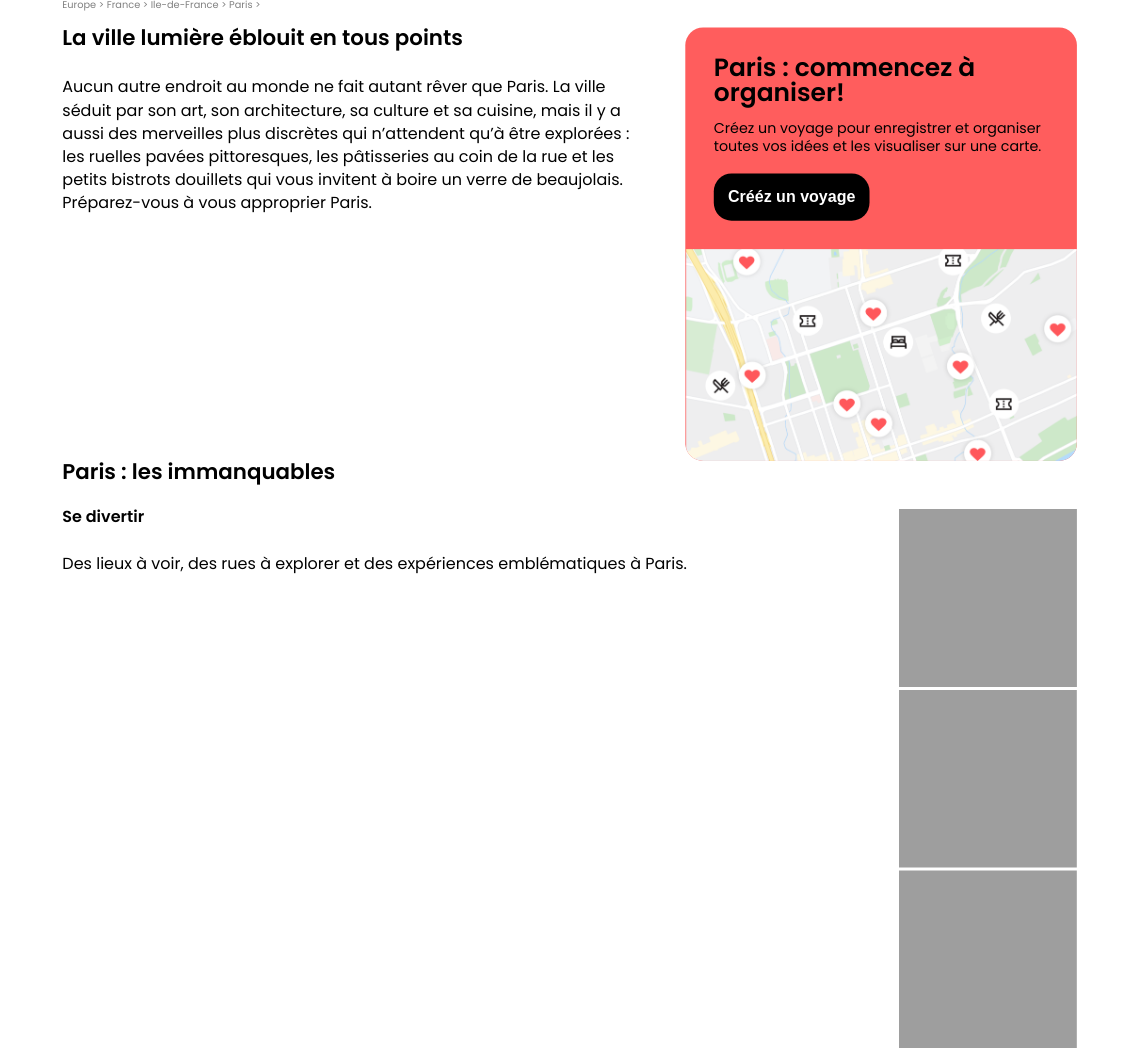
Repository: mel-in-a/tripadvisor-clone
Page: index.html
An editor plug-in stored every save of this project. The page is shown before and after a run of saves, followed by the edit.
The browser window is 1280 px wide. The pictures show the part of the page from y = 928 to 2109 px (the page is 2109 px tall before and 1703 px after), at 89% of full size.
Pictures or frames that could not be fetched are drawn as grey boxes. A picture or video elsewhere on the page could not be fetched, so the positions and the page height are approximate. Some web libraries are served in a nearby version.

Above is the page before, as saved 2021-07-14 17:58:34.

### index.html
<!DOCTYPE html>
<html lang="fr">

<head>
    <meta charset="UTF-8">
    <meta http-equiv="X-UA-Compatible" content="IE=edge">
    <meta name="viewport" content="width=device-width, initial-scale=1.0">
    <link rel="stylesheet" href="https://pro.fontawesome.com/releases/v5.10.0/css/all.css"
        integrity="sha384-AYmEC3Yw5cVb3ZcuHtOA93w35dYTsvhLPVnYs9eStHfGJvOvKxVfELGroGkvsg+p" crossorigin="anonymous" />
    <link rel="preconnect" href="https://fonts.googleapis.com">
    <link rel="preconnect" href="https://fonts.gstatic.com" crossorigin>
    <link href="https://fonts.googleapis.com/css2?family=Poppins:wght@200;400;600;900&display=swap" rel="stylesheet">
    <link rel="stylesheet" href="/assets/css/reset.css">
    <link rel="stylesheet" href="/assets/css/style.css">
    <title>TripAdvisor</title>
</head>

<body>
    <div class="wrapper">
        <header>
            <!-- logo -->
            <a href="#">
                <img src="/assets/img/Tripadvisor_lockup_horizontal_secondary_registered.svg" alt="Logo TripAdvisor"
                    height="40px" />
            </a>
            <!-- champs de saisie -->
            <input type="search" name="recherche" id="search" placeholder="">
            <!-- menu -->
            <nav>
                <ul class="topnav">
                    <li class="listitem"><i class="far fa-pen"></i> Avis</li>
                    <li class="listitem"><i class="far fa-heart"></i> Voyages</li>
                    <li class="listitem"><i class="far fa-bell"></i> Alertes</li>
                    <li class="listitem-last">Connectez-vous</li>
                </ul>
            </nav>
            <!-- bouton connectez-vous -->



        </header>


        <main>
            <h1><span class="text-pink">Explorez</span> Paris</h1>

            <div class="top-categories">

                <div class="mini-card">
                    <div class="text">Hôtels</div>
                    <div class="icon"> <i class="far fa-home"></i> </div>
                </div>
                <div class="mini-card">
                    <div class="text">Locations de vacances</div>
                    <div class="icon"> <i class="far fa-home"></i> </div>
                </div>
                <div class="mini-card">
                    <div class="text">Activités</div>
                    <div class="icon"> <i class="far fa-home"></i> </div>
                </div>
                <div class="mini-card">
                    <div class="text">Restaurants</div>
                    <div class="icon"> <i class="far fa-home"></i> </div>
                </div>
                <div class="mini-card">
                    <div class="text">Forums de voyage</div>
                    <div class="icon"> <i class="far fa-home"></i> </div>
                </div>
                <div class="mini-card">
                    <div class="text">Plus</div>
                    <div class="icon"> <i class="fas fa-ellipsis-h"></i> </div>

                    <div class="sub">

                        <div class="submenu">
                            <ul>
                                <li>Ajouter un lieu</li>
                                <li>Croisières</li>
                                <li>Forfait touristique</li>
                                <li>Voitures de location</li>
                                <li>Vols</li>
                            </ul>
                        </div>
                    </div>
                </div>
            </div>


            <div class="top-gallery">
                <div class="gauche"><img src="/assets/img/caption.jpg" alt=""></div>
                <div class="droit-haut"> <img src="/assets/img/caption--EAiM9S.jpg" alt=""></div>
                <div class="droit-bas"> <img src="/assets/img/caption--7qB24C.jpg" alt=""></div>
            </div>

            <div>
                <ul class="breadcrumb">
                    <li> <a href="#">Europe</a> </li>
                    <li><a href="#">France</a></li>
                    <li><a href="#">Ile-de-France</a></li>
                    <li><a href="#">Paris</a></li>
                </ul>
            </div>







            <div class="bloc-presentation">

                <div class="presentation">
                    <h2>La ville lumière éblouit en tous points</h2>
                    <p>Aucun autre endroit au monde ne fait autant rêver que Paris. La ville séduit par son art, son
                        architecture, sa culture et sa cuisine, mais il y a aussi des merveilles plus discrètes qui
                        n’attendent qu’à être explorées : les ruelles pavées pittoresques, les pâtisseries au coin de la
                        rue et les petits bistrots douillets qui vous invitent à boire un verre de beaujolais.
                        Préparez-vous à vous approprier Paris.</p>
                </div>


                <div class="carte">
                    <div class="header">Paris : commencez à organiser!</div>
                    <div class="text">
                        <p>Créez un voyage pour enregistrer et organiser toutes vos idées et les visualiser sur une
                            carte.</p>
                    </div>
                    <button>Crééz un voyage</button>
                    <img src="/assets/img/image_trips_card_medium.png" alt="">
                </div>
            </div>


            <h2>Paris : les immanquables</h2>

            <section class="immanquables">

                <div class="presentation">
                    <h3>Se divertir</h3>
                    <p>Des lieux à voir, des rues à explorer et des expériences emblématiques à Paris.</p>
                </div>
                <div class="carousel">
                    <div class="items">
                        <div class="image">
                            <img src="/assets/img/grande-epicerie-du-bon.jpg" alt="">
                        </div>
                        <div class="description"></div>
                    </div>
                    <div class="items">
                        <div class="image">
                            <img src="/assets/img/grande-epicerie-du-bon.jpg" alt="">
                        </div>
                        <div class="description"></div>
                    </div>
                    <div class="items">
                        <div class="image">
                            <img src="/assets/img/grande-epicerie-du-bon.jpg" alt="">
                        </div>
                        <div class="description"></div>
                    </div>

                </div>

            </section>


        </main>
    </div>
    <!-- end wrapper -->



    <footer></footer>

</body>

</html>

### assets/css/style.css
h1 {
    font-size: 50px;
    font-weight: 600;
    margin-bottom: 30px;
}

h2 {
    font-size: 24px;
    font-weight: 600;
    margin-bottom: 30px;
}

h3 {
    font-size: 18px;
    font-weight: 600;
    margin-bottom: 30px;
}

p {
    line-height: 20px;
    margin-bottom: 20px;
}

body {
    font-family: 'Poppins', sans-serif;
}

.wrapper {
    width: 1140px;
    /* background-color: rgb(236, 236, 236); */
    margin: 0 auto;
}

#search {
    border-radius: 10px;
    width: 300px;
    border-color: rgb(202, 202, 202);
    height: 40px;
    padding: 10px;
    margin-right: 100px;
}

header {
    padding: 10px;
    display: flex;
    gap: 20px;
    height: 50px;
    align-items: center;
    /* background: rgb(255, 189, 189); */
    margin-bottom: 40px;

    background: rgb(255, 255, 255);
    width:100%;
}

/* nav {
    align-items: flex-end;
} */

.topnav {
    display: flex;
    gap: 20px;
    align-items: flex-end;
}

.topnav .listitem {

    font-size: 14px;
    padding: 12px;
    border-radius: 50px;
    font-weight: 600;
    transition: 0.2s;
}

.topnav .listitem:hover {
    background-color: rgb(228, 228, 228);
    display: block;
}

.listitem-last {
    font-size: 14px;
    padding: 12px;
    border-radius: 50px;
    font-weight: 600;
    background: black;
    color: white;
}

.listitem-last:hover {
    background: rgb(54, 54, 54);
}




h1 .text-pink {
    color: #FF5D5D;
}

/* top-categories > mini-card > left et right */

.top-categories {
    display: flex;
    margin: 20px 0;
    padding: 1rem;
    gap: 10px;
    font-size: 14px;
    justify-content: space-between;
    flex-wrap: wrap;
    position: sticky;
    top: 0;
    background: white;
    font-weight: 600;

}

.mini-card {
    display: flex;
    flex: 1;
    border: 1px solid black;
    height: 2.2rem;
    border-radius: 12px;
    padding: 12px;
    transition: 0.2s;

}

.mini-card:hover {
    background-color: black;
    color: white;


}

.mini-card .text {
    width: 80%;
    padding-right: 5px;
}

.mini-card .icon {
    font-weight: bold;
}


.submenu {
    width: 8rem;
    margin-top: 50px;
    position: absolute;
    /* background: gray; */
    z-index: 1000;
    padding: 10px;
    border: gray 1px solid;
    border-radius: 10px;
    display: none;

}

.submenu li {
    padding: 5px;

}

.mini-card .sub:active {
    display: block;
}


.top-gallery {

    display: grid;
    grid-template-columns: 1.3fr 0.7fr;
    grid-template-rows: 1fr 1fr;
    gap: 0px 0px;
    grid-template-areas:
        "gauche droit-haut"
        "gauche droit-bas";


}

.top-gallery img {
    object-fit: cover;
    width: 100%;
    height: 100%;

}

.gauche {
    grid-area: gauche;
}

.droit-haut {
    grid-area: droit-haut;
}

.droit-bas {
    grid-area: droit-bas;
}


.breadcrumb {
    margin: 20px auto 20px 0;
    font-size: 11px;
    color: grey;

}

.breadcrumb li {
    display: inline;

}

.breadcrumb li::after {
    content: " >";
}

.breadcrumb a {
    text-decoration: none;
    color: grey;
}

.breadcrumb a:hover {
    text-decoration: underline;
}

.super-bloc {
    display: block;
}

.bloc-presentation {
    display: flex;
    width: 100%;
    gap: 10px;
    height: auto;
}

.presentation {
    /* width: 60%; */
    flex: 3;
    padding-right: 30px;
}

.presentation p {
    font-size: 18px;
    line-height: 26px
}

.carte {
    /* display: flex; */
    /* flex-direction: column; */
    flex: 2;
    /* width: 40%; */
    /* height: 300px; */
    background-color: #FF5D5D;
    border-radius: 20px;
    box-sizing: border-box;


}

.carte .header {
    padding-top: 2rem;
    padding-left: 2rem;
    font-size: 28px;
    font-weight: 600;

}

.carte .text {

    padding-top: 1rem;
    padding-left: 2rem;
}

.carte button {
    padding: 16px;
    background-color: black;
    color: white;
    font-weight: 600;
    border-radius: 20px;
    font-size: 18px;
    border-style: none;
    margin: 0 2rem 2rem;
    transition: 0.2s;

}

.carte button:hover {
    background: rgb(54, 54, 54);
}

.carte img {
    width: 100%;
    -webkit-border-bottom-right-radius: 20px;
    -webkit-border-bottom-left-radius: 20px;
    -moz-border-radius-bottomright: 20px;
    -moz-border-radius-bottomleft: 20px;
    border-bottom-right-radius: 20px;
    border-bottom-left-radius: 20px;
    display: block;
}


/* immanquables carousel */

.immanquables {
    display: flex;

}

.immanquables .presentation {
    flex:2;

}



.immanquables .carousel {
    dispo
    flex: 5;
    flex-direction: row;
}

.carousel .items .image img {
    width: 200px;
    height: 200px;

}

Loaded but not shown: assets/css/reset.css (common file)

After the next 2 saves:
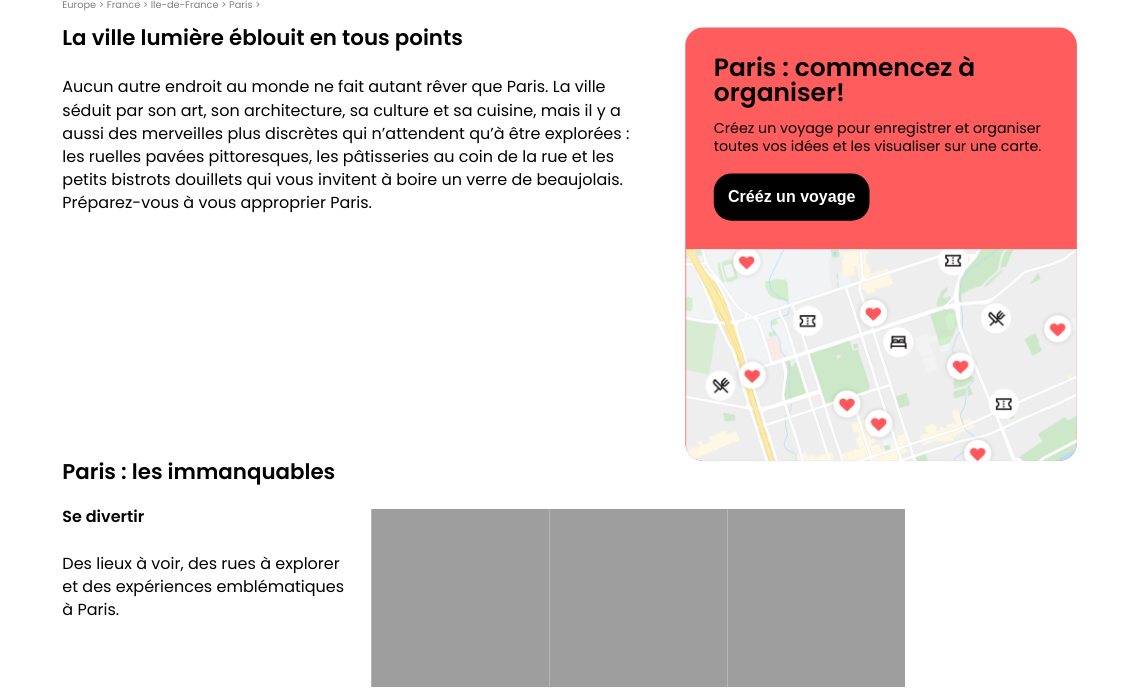
The 2 saves are shown as one change because they came seconds apart.
The last was saved 5 s later.
--- a/assets/css/style.css
+++ b/assets/css/style.css
@@ -316,7 +316,7 @@ h1 .text-pink {
 
 
 .immanquables .carousel {
-    dispo
+    display: flex;
     flex: 5;
     flex-direction: row;
 }
